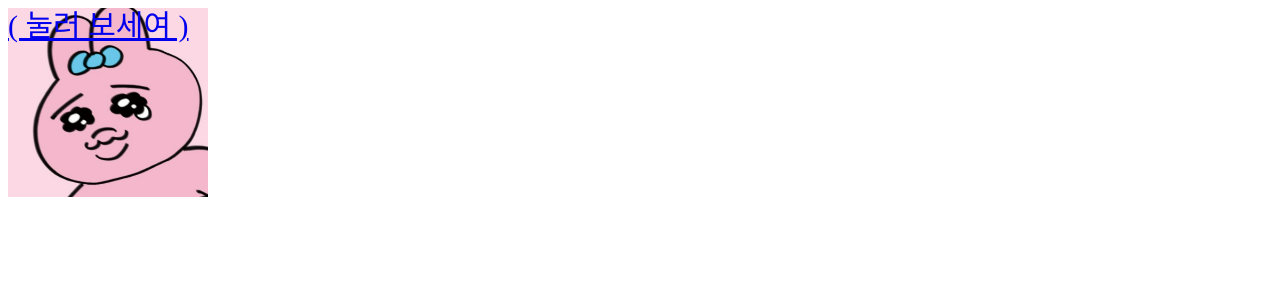
Repository: hyejux/jsp
Page: JSPBasic/src/main/webapp/html/hi.html
The author's editor kept a copy of each file at every save. The page is drawn from the files as they stood at one save, then again after the next save.
The browser window is 1280 px wide. The pictures show the whole page.

Above is the page before, as saved 2024-06-24 08:27:00.

After the next save:
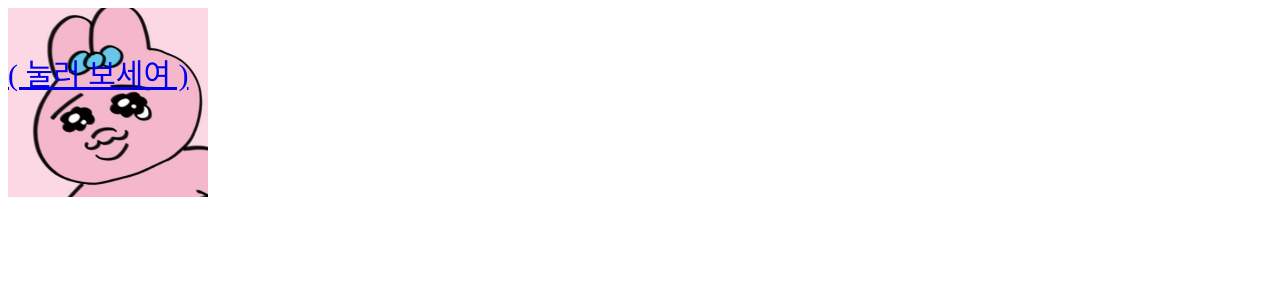
Saved 18 s later.
--- a/JSPBasic/src/main/webapp/html/hi.html
+++ b/JSPBasic/src/main/webapp/html/hi.html
@@ -7,7 +7,7 @@
 div {
  font-size : 30px;
  position : absolute;
- top : 1px;}
+ top : 50px;}
 </style>
 </head>
 <body>
